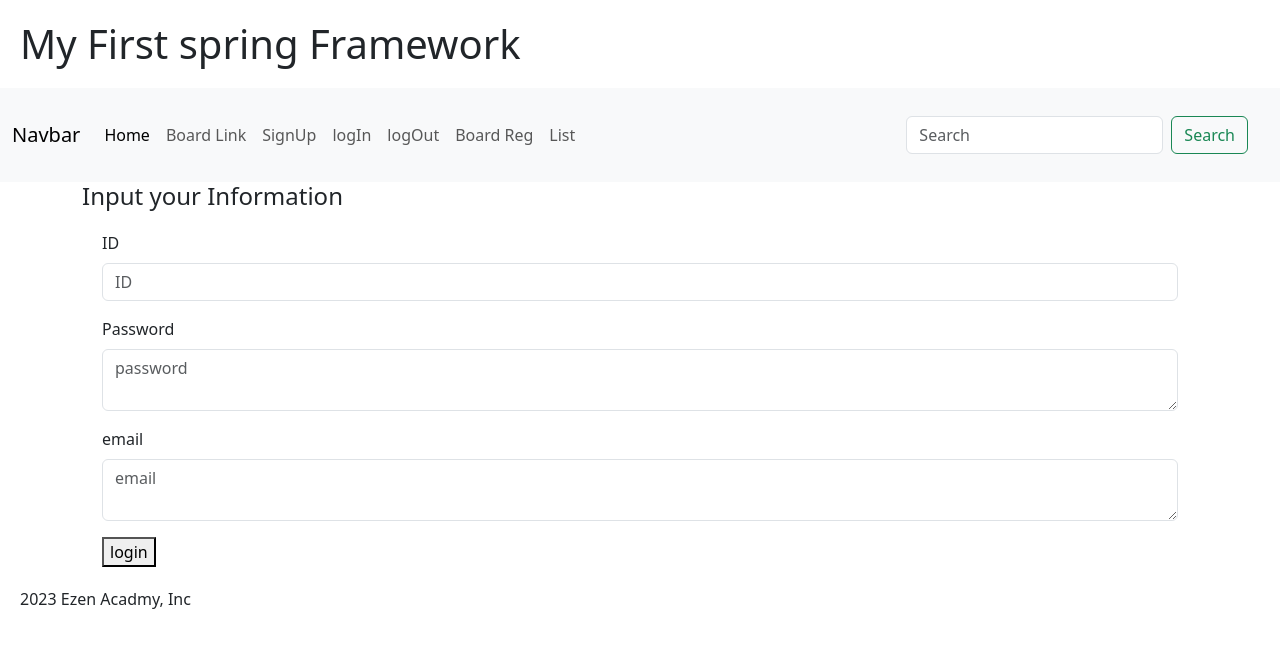
Repository: fbsrb458/link
Page: http://localhost/springProject/WEB-INF/views/member/login.jsp
The author's editor kept a copy of each file at every save. The page is drawn from the files as they stood at one save, then again after the next save.
The browser window is 1280 px wide. The pictures show the whole page.
The page is served by Tomcat 9. Nobody is signed in. Other server files are loaded and not shown. The template is opened directly, without the code that normally fills it, so the values that code supplies are empty.

Above is the page before, as saved 2023-10-27 12:15:32.

### springProject/src/main/webapp/WEB-INF/views/member/login.jsp
<%@ page language="java" contentType="text/html; charset=UTF-8"
    pageEncoding="UTF-8"%>
<!DOCTYPE html>
<html>
<head>
<meta charset="UTF-8">
<title>Insert title here</title>
<link href="https://cdn.jsdelivr.net/npm/bootstrap@5.3.1/dist/css/bootstrap.min.css" rel="stylesheet" integrity="sha384-4bw+/aepP/YC94hEpVNVgiZdgIC5+VKNBQNGCHeKRQN+PtmoHDEXuppvnDJzQIu9" crossorigin="anonymous">
<script src="https://cdn.jsdelivr.net/npm/bootstrap@5.3.1/dist/js/bootstrap.bundle.min.js" integrity="sha384-HwwvtgBNo3bZJJLYd8oVXjrBZt8cqVSpeBNS5n7C8IVInixGAoxmnlMuBnhbgrkm" crossorigin="anonymous"></script>
</head>
<body>
<jsp:include page="../common/header.jsp" />
<jsp:include page="../common/nav.jsp" />
<div class="container">
<h4 class="mb-3">Input your Information</h4>
<form action="/member/login" method="post" >
		<div class="mb-3">
		  <label for="I" class="form-label">ID</label>
		  <input type="text" class="form-control" name="ID" id="i" placeholder="ID">
		</div>
		<div class="mb-3">
		  <label for="p" class="form-label">Password</label>
		  <textarea type="password" class="form-control" name="pwd" id="p" placeholder="password"></textarea>
		</div>
		<div class="mb-3">
		  <label for="e" class="form-label">email</label>
		  <textarea type="text" class="form-control" name="nickName" id="e" placeholder="email"></textarea>
		</div>
		<button type="submit">login</button>
</form>
</div>



</body>
<jsp:include page="../common/footer.jsp" />
</html>

### springProject/src/main/webapp/WEB-INF/views/common/header.jsp
<%@ page language="java" contentType="text/html; charset=UTF-8"
    pageEncoding="UTF-8"%>
    <%@ taglib uri="http://java.sun.com/jsp/jstl/core" prefix="c" %>
<!DOCTYPE html>
<html>
<head>

<meta charset="UTF-8">
<title>Insert title here</title>
<style type="text/css">
h1,p,h3,form{
margin: 20px
}</style>
</head>
<body>


<h1>My First spring Framework</h1>



</body>
</html>

### springProject/src/main/webapp/WEB-INF/views/common/nav.jsp
<%@ page language="java" contentType="text/html; charset=UTF-8"
    pageEncoding="UTF-8"%>
    <%@ taglib uri="http://java.sun.com/jsp/jstl/core" prefix="c" %>
<!DOCTYPE html>
<html>
<head>
<meta charset="UTF-8">
<title>Insert title here</title>
</head>
<body>
<header>
<nav class="navbar navbar-expand-lg bg-body-tertiary">
  <div class="container-fluid">
    <a class="navbar-brand" href="#">Navbar</a>
    <button class="navbar-toggler" type="button" data-bs-toggle="collapse" data-bs-target="#navbarSupportedContent" aria-controls="navbarSupportedContent" aria-expanded="false" aria-label="Toggle navigation">
      <span class="navbar-toggler-icon"></span>
    </button>
    <div class="collapse navbar-collapse" id="navbarSupportedContent">
      <ul class="navbar-nav me-auto mb-2 mb-lg-0">
        <li class="nav-item">
          <a class="nav-link active" aria-current="page" href="#">Home</a>
        </li>

        <li class="nav-item">
          <a class="nav-link" href="#">Board Link</a>
        </li>

         <li class="nav-item">
          <a class="nav-link" href="/member/register">SignUp</a>
        </li>

        <li class="nav-item">
          <a class="nav-link" href="/member/login">logIn</a>
        </li>

        <li class="nav-item">
          <a class="nav-link" href="/member/logout">logOut</a>
        </li>

  		  <li class="nav-item">
          <a class="nav-link" href="/board/register">Board Reg</a>
        </li>

         <li class="nav-item">
          <a class="nav-link" href="/board/list">List</a>
        </li>


      </ul>
      <form class="d-flex" role="search">
        <input class="form-control me-2" type="search" placeholder="Search" aria-label="Search">
        <button class="btn btn-outline-success" type="submit">Search</button>
      </form>
    </div>
  </div>
</nav>
</header>
</body>
</html>

### springProject/src/main/webapp/WEB-INF/views/common/footer.jsp
<%@ page language="java" contentType="text/html; charset=UTF-8"
    pageEncoding="UTF-8"%>
    <%@ taglib uri="http://java.sun.com/jsp/jstl/core" prefix="c" %>
<!DOCTYPE html>
<html>
<head>

<meta charset="UTF-8">
<title>Insert title here</title>
</head>
<body>
<div>

	<p>2023 Ezen Acadmy, Inc</p>
</div>
</body>
</html>

After the next save:
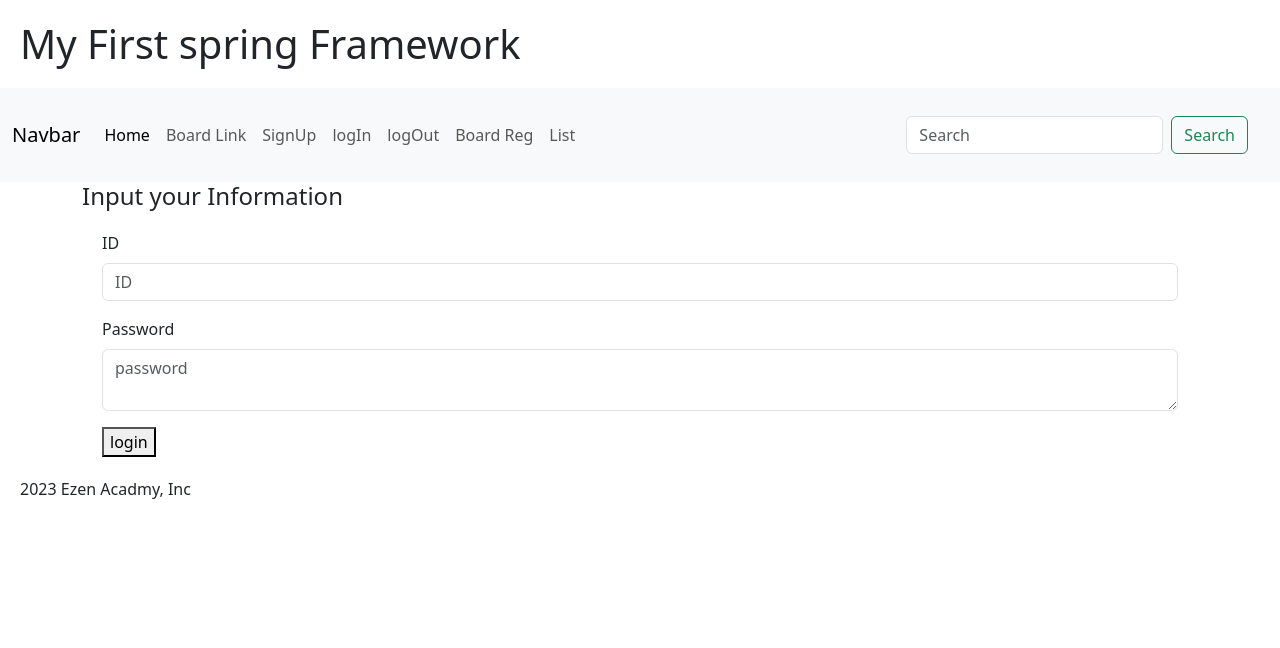
Saved 12 s later.
--- a/springProject/src/main/webapp/WEB-INF/views/member/login.jsp
+++ b/springProject/src/main/webapp/WEB-INF/views/member/login.jsp
@@ -22,10 +22,6 @@
 		  <label for="p" class="form-label">Password</label>
 		  <textarea type="password" class="form-control" name="pwd" id="p" placeholder="password"></textarea>
 		</div>
-		<div class="mb-3">
-		  <label for="e" class="form-label">email</label>
-		  <textarea type="text" class="form-control" name="nickName" id="e" placeholder="email"></textarea>
-		</div>
 		<button type="submit">login</button>
 </form>
 </div>
